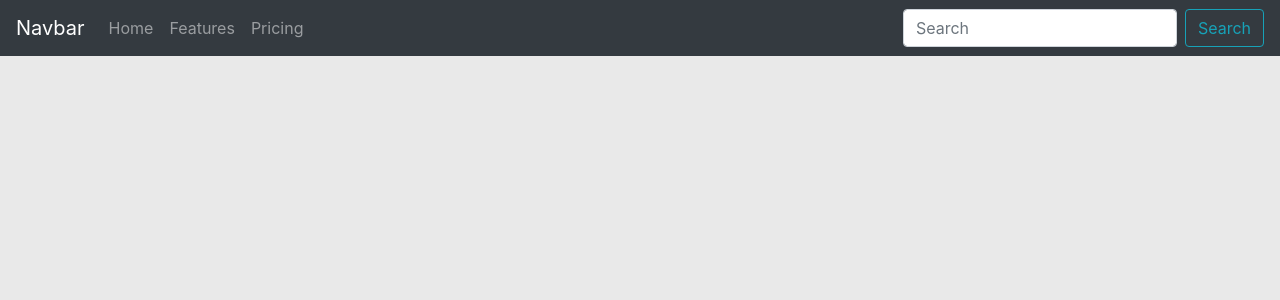
Repository: tts2610/itviec-clone
Page: /
An editor plug-in stored every save of this project. The page is shown before and after the next save, followed by the edit.
The browser window is 1280 px wide. The pictures show the whole page.
The page's requests for data from a server got no answer. The project was rebuilt for these pictures with package versions that can differ from the ones it lists, and the page was loaded fresh each time. No one was signed in, and anything a server would have sent is missing. Also part of the build but not shown: src/pages/Login.js, src/pages/Detail.js, src/pages/404.js.

Above is the page before, as saved 2020-06-09 11:05:55.

After the next save:
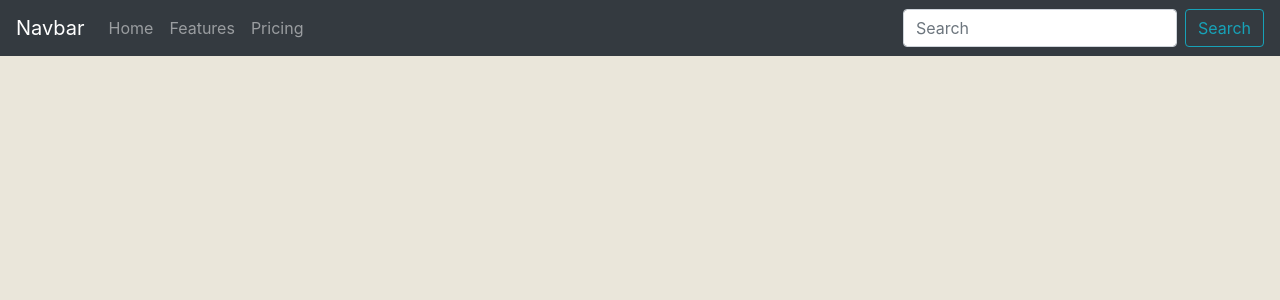
Saved 2 min 56 s later.
--- a/src/App.css
+++ b/src/App.css
@@ -4,7 +4,7 @@
 }
 
 body {
-    background-color: #e9e9e9 !important;
+    background-color: #eae6da !important;
 }
 
 .App-logo {
